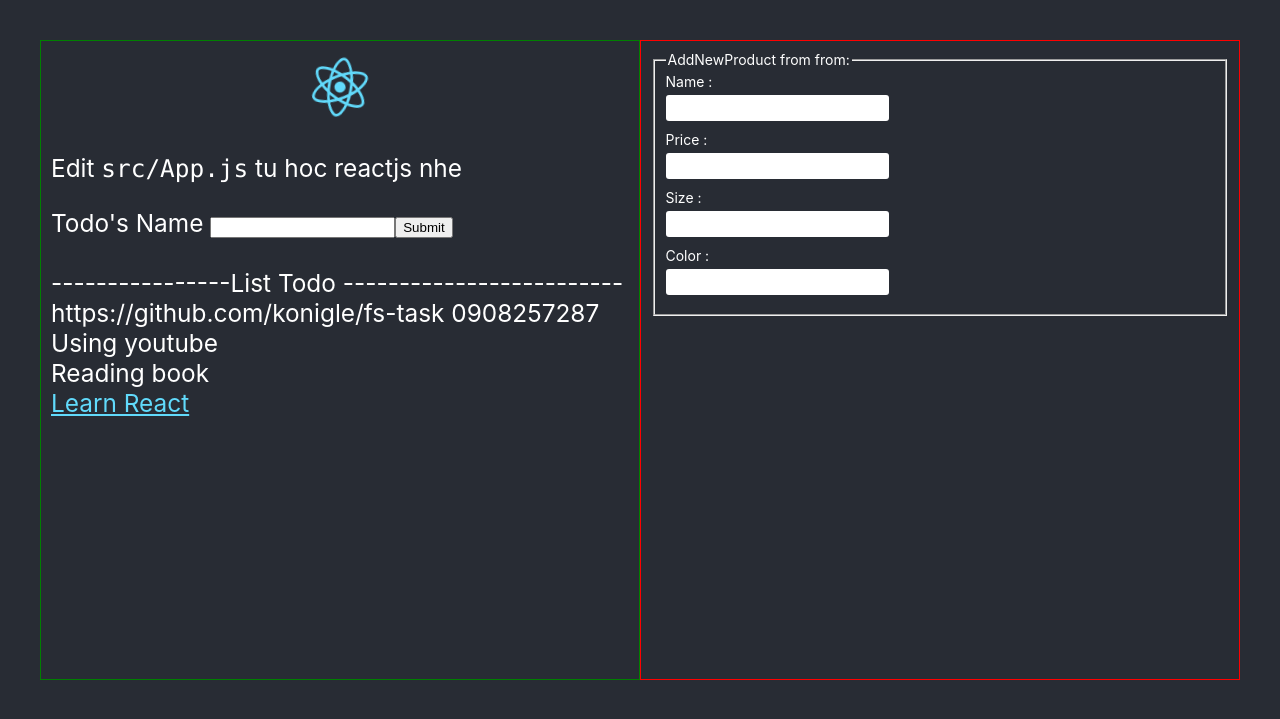
Repository: baothi/learn-reactjs
Page: /
These files come from the project's save history. The page is drawn as it stood at one moment and after the next save; the edit follows.
The browser window is 1280 px wide. The pictures show the whole page.
The project was rebuilt for these pictures with package versions that can differ from the ones it lists, and the page was loaded fresh each time.

Above is the page before, as saved 2022-10-04 17:59:39.

After the next save:
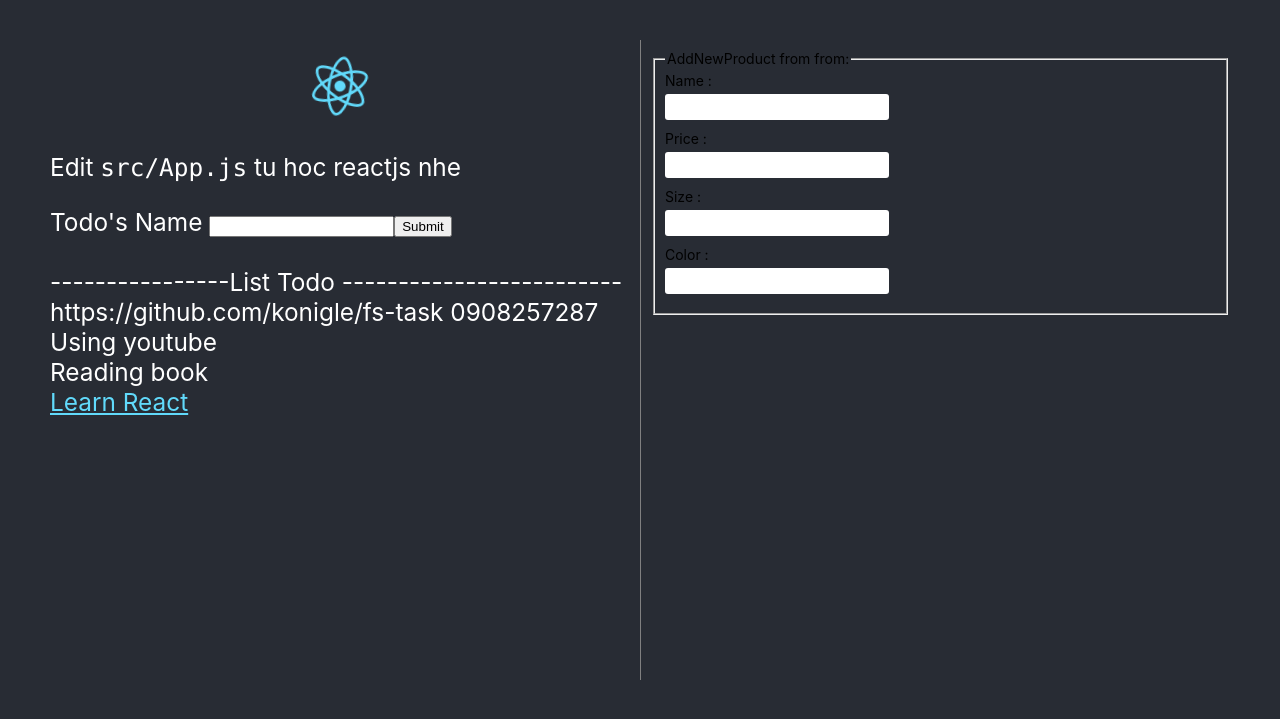
Saved 92 s later.
--- a/src/App.css
+++ b/src/App.css
@@ -46,14 +46,12 @@
 .content-left {
   width: 50%;
   padding: 10px;
-  border: 1px solid green;
+  border-right: 1px solid grey;
 }
 
 .content-right {
   width: 50%;
   padding: 10px;
-  border: 1px solid red;
-  color: white;
 }
 
 .input-product {
